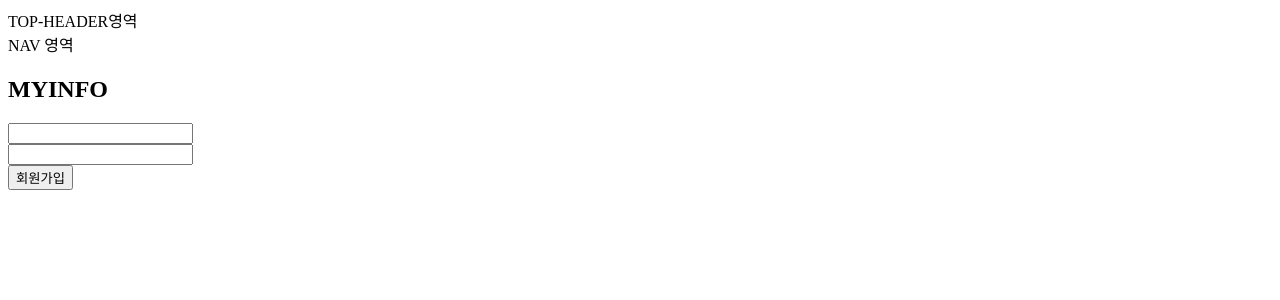
Repository: Leehj9094/JAVA_BOOK-
Page: http://localhost/01JSP/C04/myinfo_form.jsp
An editor plug-in stored every save of this project. The page is shown before and after the next save, followed by the edit.
The browser window is 1280 px wide. The pictures show the whole page.
The page is served by Tomcat 9.

Above is the page before, as saved 2025-04-02 07:36:53.

After the next save:
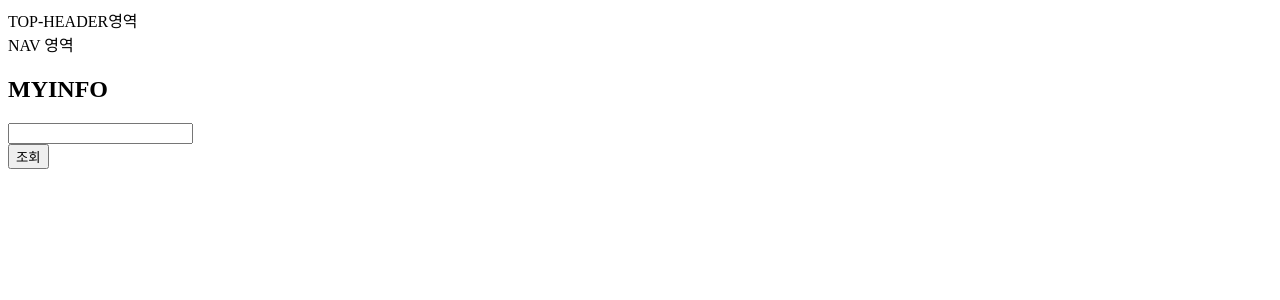
Saved 13 s later.
--- a/JSP/01JSP/src/main/webapp/C04/myinfo_form.jsp
+++ b/JSP/01JSP/src/main/webapp/C04/myinfo_form.jsp
@@ -21,8 +21,7 @@
 
 			<form action="join.jsp" method="post">
 				<input type = "text" name = "userid" /><br>
-				<input type = "text" name = "password" /><br>
-				<input type = "submit" value = "회원가입" />
+				<input type = "submit" value = "조회" />
 			</form>
 		</section>
 	</main>
